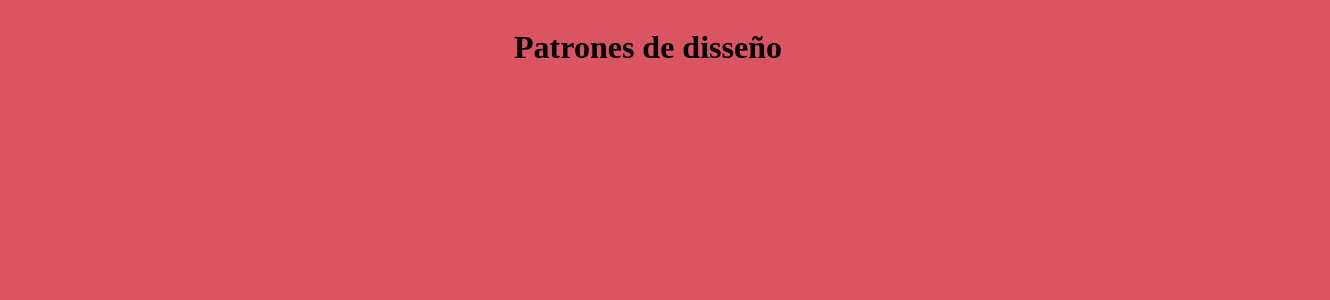
Repository: nrsWebs/design-pattern-es
Page: index.html
These files come from the project's save history. The page is drawn as it stood at one moment and after the next save; the edit follows.
The browser window is 1280 px wide. The page is 1328 px wide, then 1330 px, so the pictures cover 1330 px, including what lies to the right of the window. The pictures show the whole page.

Above is the page before, as saved 2021-02-06 18:07:00.

### index.html
<!DOCTYPE html>
<html>
<head>
<script src="https://ajax.googleapis.com/ajax/libs/jquery/3.5.1/jquery.min.js"></script>
<link rel="stylesheet" href="source/main.css">
</head>
<body>
    <div class="main-content">
        <h1>Patrones de disseño</h1>
        <div class="box glass">
            <div class=""></div>
        </div>
    </div>
</body>
<script>
$(document).ready(function(){
    setTimeout(function(){
        $("p").hide();
    }, 5000);
});
</script>
</html>

### source/main.css
:root {
    --main: #DB5461;
    --secondary: rgba(227, 242, 253, 0.5);
    --auxiliar: #DB5461
  }
body {
    background-color: var(--main);
    display: flex;
    justify-content: center;
    width: 100%;
}
.main-content{
    display: flex;
    flex-direction: column;
    justify-content: space-around;
    width: 100%;
    max-width: 1440px;
}
h1{
    text-align: center;
}
.box {
    display: flex;
    flex-direction: column;
    justify-content: space-around;
    width: 100%;
    padding: 20px;
    height: 500px;
}
/* GLASS EFFECT */

After the next save:
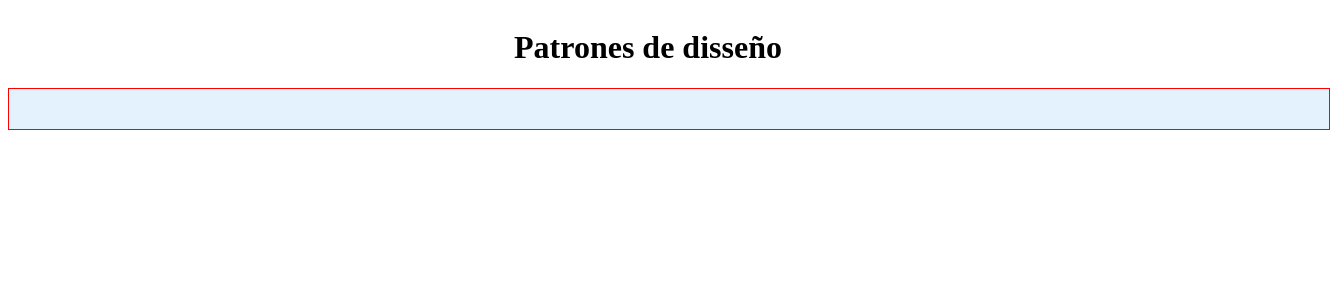
Saved 103 s later.
--- a/source/main.css
+++ b/source/main.css
@@ -1,10 +1,10 @@
 :root {
-    --main: #DB5461;
-    --secondary: rgba(227, 242, 253, 0.5);
+    --main: #F5F5F5;
+    --secondary: #E3F2FD;
     --auxiliar: #DB5461
   }
 body {
-    background-color: var(--main);
+    background-color: var(--primary);
     display: flex;
     justify-content: center;
     width: 100%;
@@ -25,6 +25,23 @@ h1{
     justify-content: space-around;
     width: 100%;
     padding: 20px;
-    height: 500px;
+    border: 1px solid red;
 }
 /* GLASS EFFECT */
+.glass{
+    background-color: var(--secondary);
+}
+.glass:before {
+    content: '';
+    position: absolute;
+    top: 0;
+    left: 0;
+    right: 0;
+    bottom: 0;
+    content: '';
+    position: absolute;
+    top: 0;
+    left: 0;
+    right: 0;
+    bottom: 0;
+}
